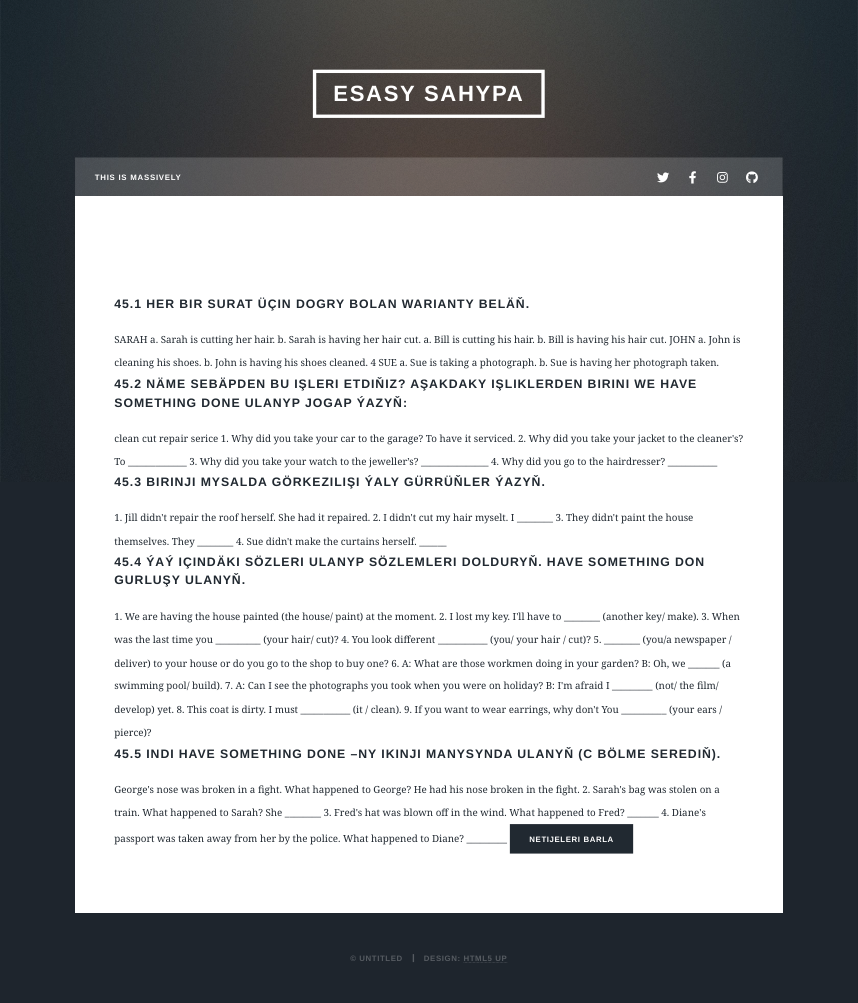
Repository: Sahet-dev/English-grammar-app
Page: test/test_unit _45.html
An editor plug-in stored every save of this project. The page is shown before and after the next save, followed by the edit.
The browser window is 1280 px wide. The pictures show the whole page, at 67% of full size.
Some web fonts or font styles are not loaded; a fallback is used.

Above is the page before, as saved 2022-06-24 17:35:43.

### test/test_unit _45.html
<!DOCTYPE HTML>
<!--
	Massively by HTML5 UP
	html5up.net | @ajlkn
	Free for personal and commercial use under the CCA 3.0 license (html5up.net/license)
-->
<html>
	<head>
		<title>Test </title>
		<meta charset="utf-8" />
		<meta name="viewport" content="width=device-width, initial-scale=1, user-scalable=no" />
		<link rel="stylesheet" href="../assets/css/test.css" />
		<noscript><link rel="stylesheet" href="../assets/css/noscript.css" /></noscript>
	</head>
	<body class="is-preload">

		<!-- Wrapper -->
			<div id="wrapper">

				<!-- Header -->
					<header id="header">
						<a href="index.html" class="logo">Esasy Sahypa</a>
					</header>

				<!-- Nav -->
					<nav id="nav">
						<ul class="links">
							<li><a href="units/.html">This is Massively</a></li>

						</ul>
						<ul class="icons">
							<li><a href="#" class="icon brands fa-twitter"><span class="label">Twitter</span></a></li>
							<li><a href="#" class="icon brands fa-facebook-f"><span class="label">Facebook</span></a></li>
							<li><a href="#" class="icon brands fa-instagram"><span class="label">Instagram</span></a></li>
							<li><a href="#" class="icon brands fa-github"><span class="label">GitHub</span></a></li>
						</ul>
					</nav>

				<!-- Main -->
					<div id="main">

						<!-- Post -->
							<section class="post">
								<header class="major">
									<h2>


									</h2>
								</header>

								<!-- Text stuff -->

									<p>
										<form action="results-unit-1.php" method="post">

										<h3>45.1

														Her bir surat üçin dogry bolan warianty beläň.</h3>

														SARAH

														a. Sarah is cutting her hair.

														b. Sarah is having her hair cut.


														a. Bill is cutting his hair.

														b. Bill is having his hair cut.

														JOHN

														a. John is cleaning his shoes.


														b. John is having his shoes cleaned.

														4

														SUE

														a. Sue is taking a photograph.

														b. Sue is having her photograph taken.

													<h3>45.2

														Näme sebäpden bu işleri etdiňiz? Aşakdaky işliklerden birini we have something done ulanyp jogap ýazyň:
													</h3>clean cut repair serice

														1. Why did you take your car to the garage? To have it serviced.

														2. Why did you take your jacket to the cleaner's? To _____________

														3. Why did you take your watch to the jeweller’s? _______________

														4. Why did you go to the hairdresser? ___________

													<h3>45.3

														Birinji mysalda görkezilişi ýaly gürrüňler ýazyň.</h3>

														1. Jill didn't repair the roof herself. She had it repaired.

														2. I didn't cut my hair myselt. I ________

														3. They didn't paint the house themselves.

														They ________

														4. Sue didn't make the curtains herself. ______

													<h3>45.4
														Ýaý içindäki sözleri ulanyp  sözlemleri dolduryň.  Have something don gurluşy ulanyň.
													</h3>

														1. We are having the house painted (the house/ paint) at the moment.


														2. I lost my key. I'll have to  ________ (another key/ make).


														3. When was the last time you __________ (your hair/ cut)?

														4. You look different  ___________ (you/ your hair / cut)?

														5. ________ (you/a newspaper / deliver) to your house or do you go to the shop to buy one?

														6. A: What are those workmen doing in your garden?
														B: Oh, we _______ (a swimming pool/ build).

														7. A: Can I see the photographs you took when you were on holiday?
														B: I'm afraid I _________ (not/ the film/ develop) yet.

														8. This coat is dirty. I must ___________ (it / clean).

														9. If you want to wear earrings, why don't
														You __________ (your ears / pierce)?

													<h3>45.5

														Indi have something done –ny ikinji manysynda ulanyň (C bölme serediň).</h3>

														George's nose was broken in a fight. What happened to George?

														He had his nose broken in the fight.

														2. Sarah's bag was stolen on a train. What happened to Sarah? She ________

														3. Fred's hat was blown off in the wind. What happened to Fred? _______

														4. Diane's passport was taken away from her by the police. What happened to Diane? _________

											        <button class="button primary" type="submit">Netijeleri barla</button>
										</form>



									</p>


							</section>

					</div>


				<!-- Copyright -->
					<div id="copyright">
						<ul><li>&copy; Untitled</li><li>Design: <a href="https://html5up.net">HTML5 UP</a></li></ul>
					</div>

			</div>

		<!-- Scripts -->
			<script src="assets/js/jquery.min.js"></script>
			<script src="assets/js/jquery.scrollex.min.js"></script>
			<script src="assets/js/jquery.scrolly.min.js"></script>
			<script src="assets/js/browser.min.js"></script>
			<script src="assets/js/breakpoints.min.js"></script>
			<script src="assets/js/util.js"></script>
			<script src="assets/js/main.js"></script>

	</body>
</html>

Loaded but not shown: assets/js/jquery.min.js (library); assets/js/jquery.scrollex.min.js (common file); assets/js/jquery.scrolly.min.js (common file); assets/js/browser.min.js (common file); assets/js/breakpoints.min.js (common file); assets/css/fontawesome-all.min.css (library); assets/js/util.js (587 lines, source omitted); assets/js/main.js (258 lines, source omitted); assets/css/test.css (4689 lines, source omitted)

After the next save:
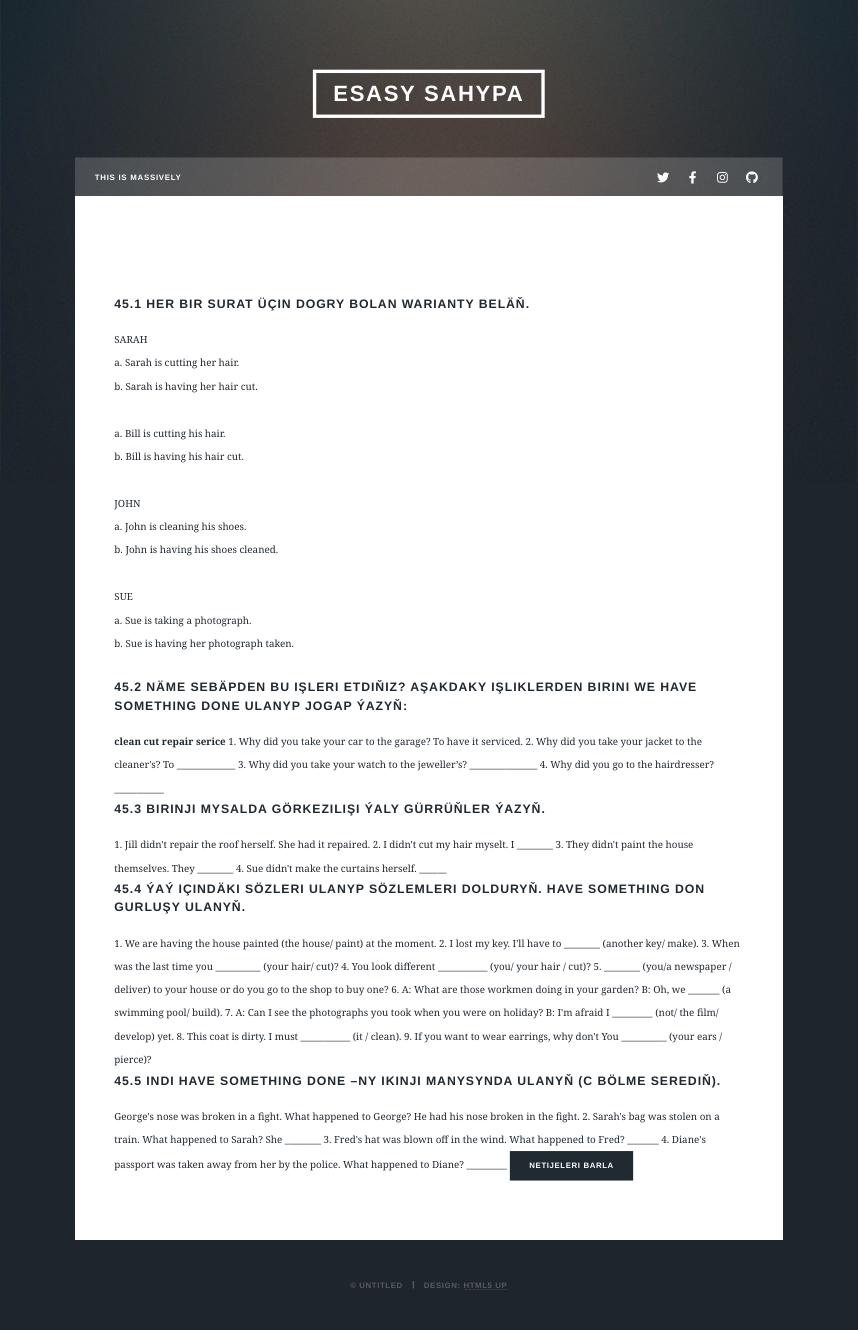
Saved 53 s later.
--- a/test/test_unit _45.html
+++ b/test/test_unit _45.html
@@ -57,36 +57,36 @@
 
 														Her bir surat üçin dogry bolan warianty beläň.</h3>
 
-														SARAH
+														SARAH<br>
 
-														a. Sarah is cutting her hair.
+														a. Sarah is cutting her hair.<br>
 
-														b. Sarah is having her hair cut.
+														b. Sarah is having her hair cut.<br>
+														<br>
+
+														a. Bill is cutting his hair.<br>
+
+														b. Bill is having his hair cut.<br><br>
+
+														JOHN<br>
+
+														a. John is cleaning his shoes.<br>
 
 
-														a. Bill is cutting his hair.
+														b. John is having his shoes cleaned.<br>
 
-														b. Bill is having his hair cut.
+														<br>
 
-														JOHN
+														SUE<br>
 
-														a. John is cleaning his shoes.
+														a. Sue is taking a photograph.<br>
 
-
-														b. John is having his shoes cleaned.
-
-														4
-
-														SUE
-
-														a. Sue is taking a photograph.
-
-														b. Sue is having her photograph taken.
+														b. Sue is having her photograph taken.<br><br>
 
 													<h3>45.2
 
 														Näme sebäpden bu işleri etdiňiz? Aşakdaky işliklerden birini we have something done ulanyp jogap ýazyň:
-													</h3>clean cut repair serice
+													</h3> <b> clean cut repair serice </b>
 
 														1. Why did you take your car to the garage? To have it serviced.
 
